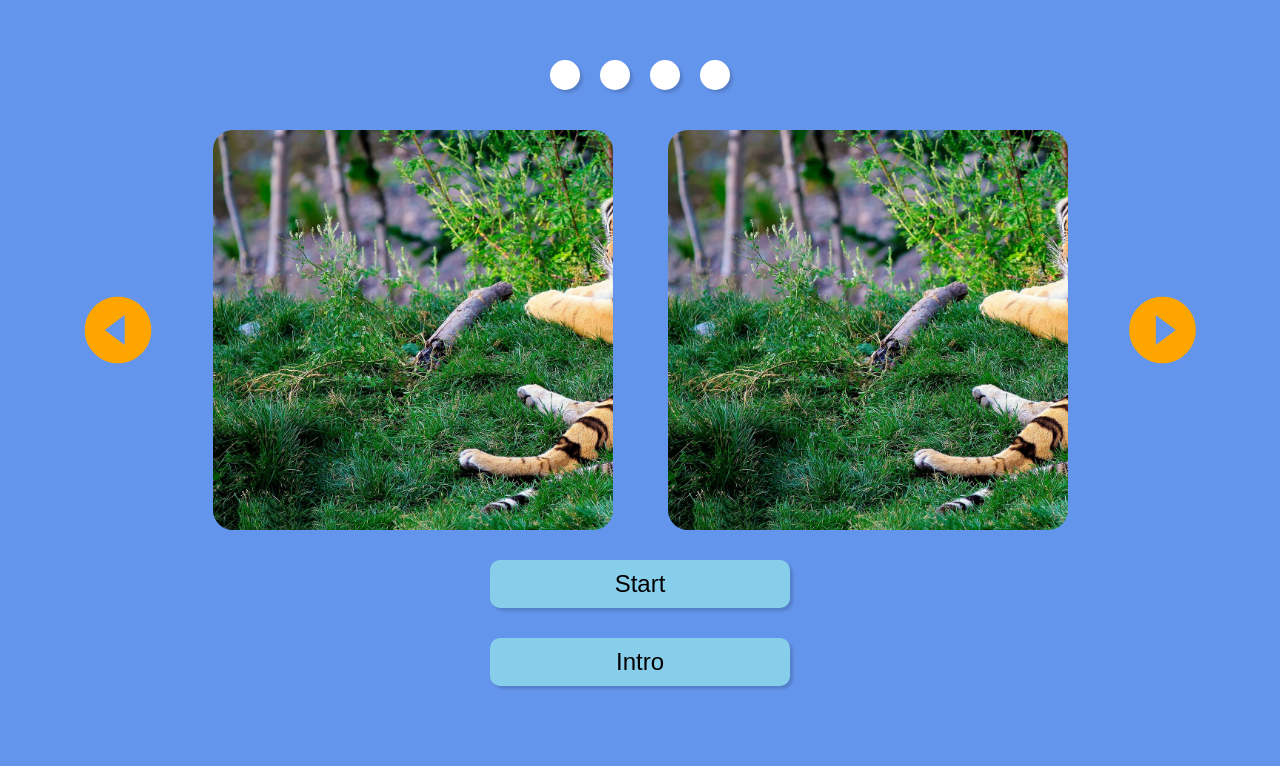
Repository: sylviaah/dynamicmidterm
Page: slider/slider.html
The author's editor kept a copy of each file at every save. The page is drawn from the files as they stood at one save, then again after the next save.
The browser window is 1280 px wide. The pictures show the whole page.

Above is the page before, as saved 2020-03-13 13:08:02.

After the next save:
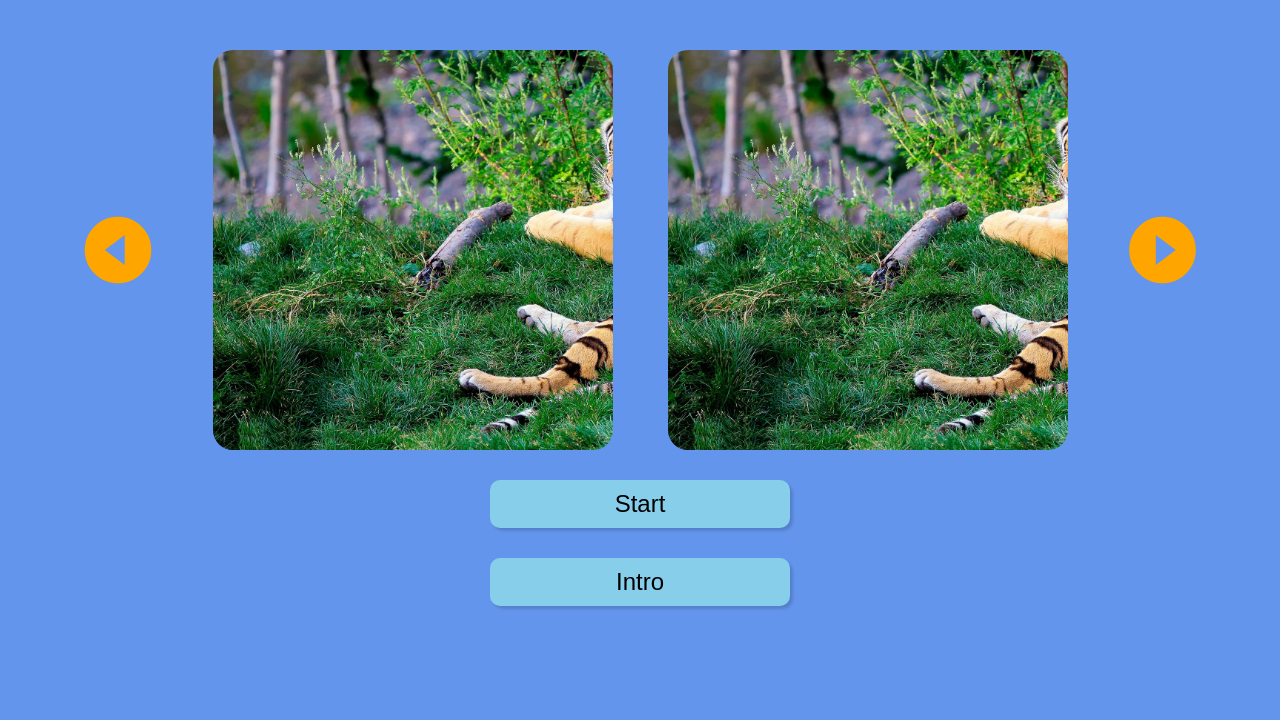
Saved 3 min 12 s later.
--- a/slider/slider.css
+++ b/slider/slider.css
@@ -11,11 +11,12 @@ body,html {
 }
 
 .slider_progress{
-    display: flex;
+    display: none;
     margin-bottom: 30px;
 }
 
 .slider_progress div{
+    display: none;
     width: 30px;
     height: 30px;
     margin: 10px;
